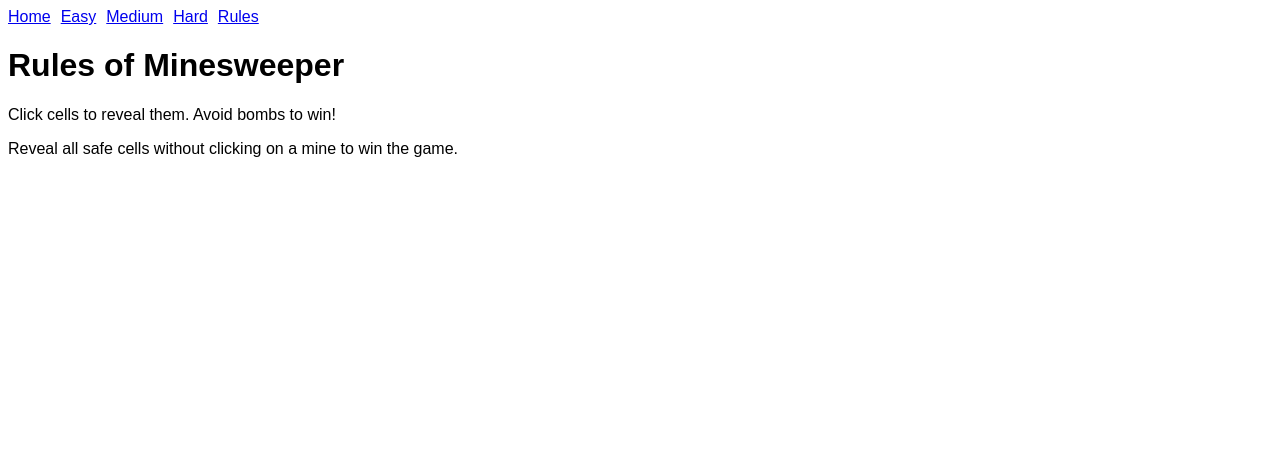
Repository: liwingy/-WingYee-_-Li-project2
Page: /rules (app in minesweeper/)
These files come from the project's save history. The page is drawn as it stood at one moment and after the next save; the edit follows.
The browser window is 1280 px wide. The pictures show the whole page.
The project was rebuilt for these pictures with package versions that can differ from the ones it lists, and the page was loaded fresh each time. Also part of the build but not shown: minesweeper/src/views/Homepage.js, minesweeper/src/components/Cell.js, minesweeper/src/views/Game.js.

Above is the page before, as saved 2024-11-11 13:07:32.

### minesweeper/src/App.js
import './styles.css';
import { BrowserRouter as Router, Routes, Route, Link } from 'react-router-dom';
import Homepage from './views/Homepage';
import Game from './views/Game';
import Rules from './views/Rules';

function App() {
  return (
    <Router>
      <nav>
        <Link to="/">Home</Link>
        <Link to="/game/easy">Easy</Link>
        <Link to="/game/medium">Medium</Link>
        <Link to="/game/hard">Hard</Link>
        <Link to="/rules">Rules</Link>
      </nav>
      <Routes>
        <Route path="/" element={<Homepage />} />
        <Route path="/game/:difficulty" element={<Game />} />
        <Route path="/rules" element={<Rules />} />
      </Routes>
    </Router>
  );
}

export default App;

### minesweeper/src/styles.css
body {
    font-family: Arial, sans-serif;
  }

  nav {
    display: flex;
    gap: 10px;
    margin-bottom: 20px;
  }

  .board {
    display: flex;
    flex-direction: column;
    align-items: center;
    margin-top: 20px;
  }

  .row {
    display: flex;
  }

  .cell {
    width: 40px;
    height: 40px;
    display: flex;
    align-items: center;
    justify-content: center;
    border: 1px solid #ddd;
    font-size: 20px;
    cursor: pointer;
  }

  .cell.revealed {
    background-color: #f0f0f0;
  }

  button {
    margin: 10px;
    padding: 5px 10px;
    cursor: pointer;
  }

### minesweeper/src/views/Rules.js
import React from 'react';

function Rules() {
  return (
    <div>
      <h1>Rules of Minesweeper</h1>
      <p>Click cells to reveal them. Avoid bombs to win!</p>
      <p>Reveal all safe cells without clicking on a mine to win the game.</p>
    </div>
  );
}

export default Rules;

Loaded but not shown: minesweeper/public/index.html (common file); minesweeper/src/index.js (common file)

After the next save:
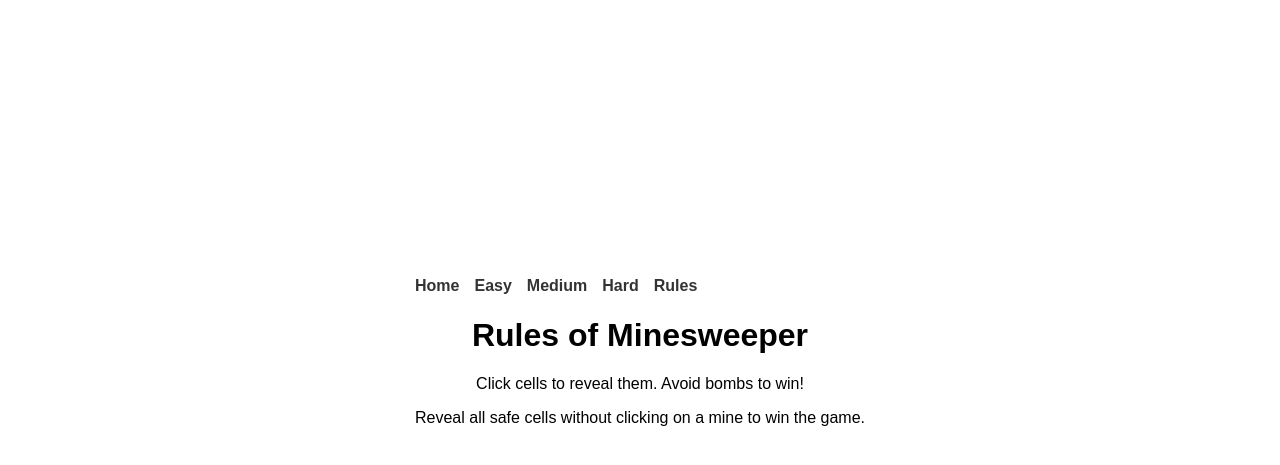
Saved 7 min 25 s later.
--- a/minesweeper/src/styles.css
+++ b/minesweeper/src/styles.css
@@ -1,41 +1,36 @@
-body {
-    font-family: Arial, sans-serif;
-  }
+/* Center the entire app content */
+body, html {
+  display: flex;
+  justify-content: center;
+  align-items: center;
+  height: 100vh;
+  margin: 0;
+  font-family: Arial, sans-serif;
+  text-align: center;
+}
 
-  nav {
-    display: flex;
-    gap: 10px;
-    margin-bottom: 20px;
-  }
+/* Center the navbar and content within the main container */
+.main-container {
+  display: flex;
+  flex-direction: column;
+  align-items: center;
+  width: 100%;
+  max-width: 600px;
+}
 
-  .board {
-    display: flex;
-    flex-direction: column;
-    align-items: center;
-    margin-top: 20px;
-  }
+/* Style for the navbar links */
+nav {
+  display: flex;
+  gap: 15px;
+  margin-bottom: 20px;
+}
 
-  .row {
-    display: flex;
-  }
+nav a {
+  text-decoration: none;
+  color: #333;
+  font-weight: bold;
+}
 
-  .cell {
-    width: 40px;
-    height: 40px;
-    display: flex;
-    align-items: center;
-    justify-content: center;
-    border: 1px solid #ddd;
-    font-size: 20px;
-    cursor: pointer;
-  }
-
-  .cell.revealed {
-    background-color: #f0f0f0;
-  }
-
-  button {
-    margin: 10px;
-    padding: 5px 10px;
-    cursor: pointer;
-  }
+nav a:hover {
+  color: #555;
+}
